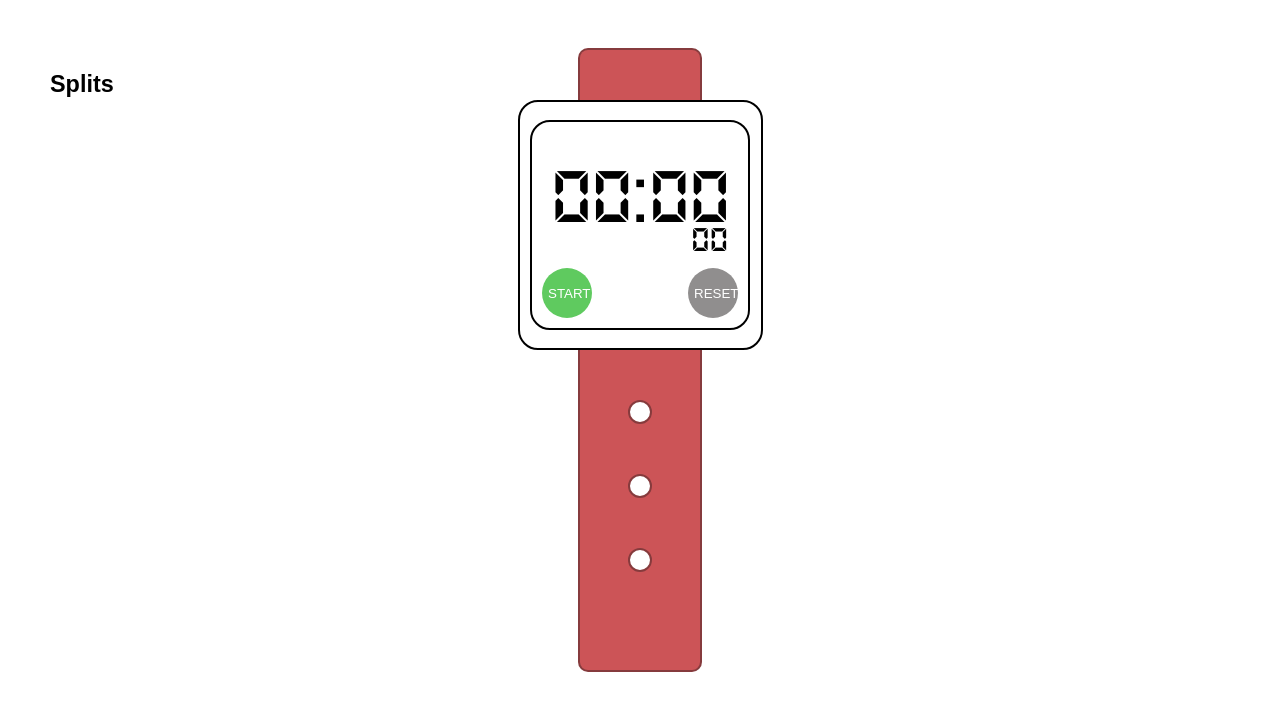
Repository: konstantin0s/lab-chronometer
Page: index.html
The author's editor kept a copy of each file at every save. The page is drawn from the files as they stood at one save, then again after the next save.
The browser window is 1280 px wide. The pictures show the whole page.

Above is the page before, as saved 2019-02-05 16:14:16.

After the next save:
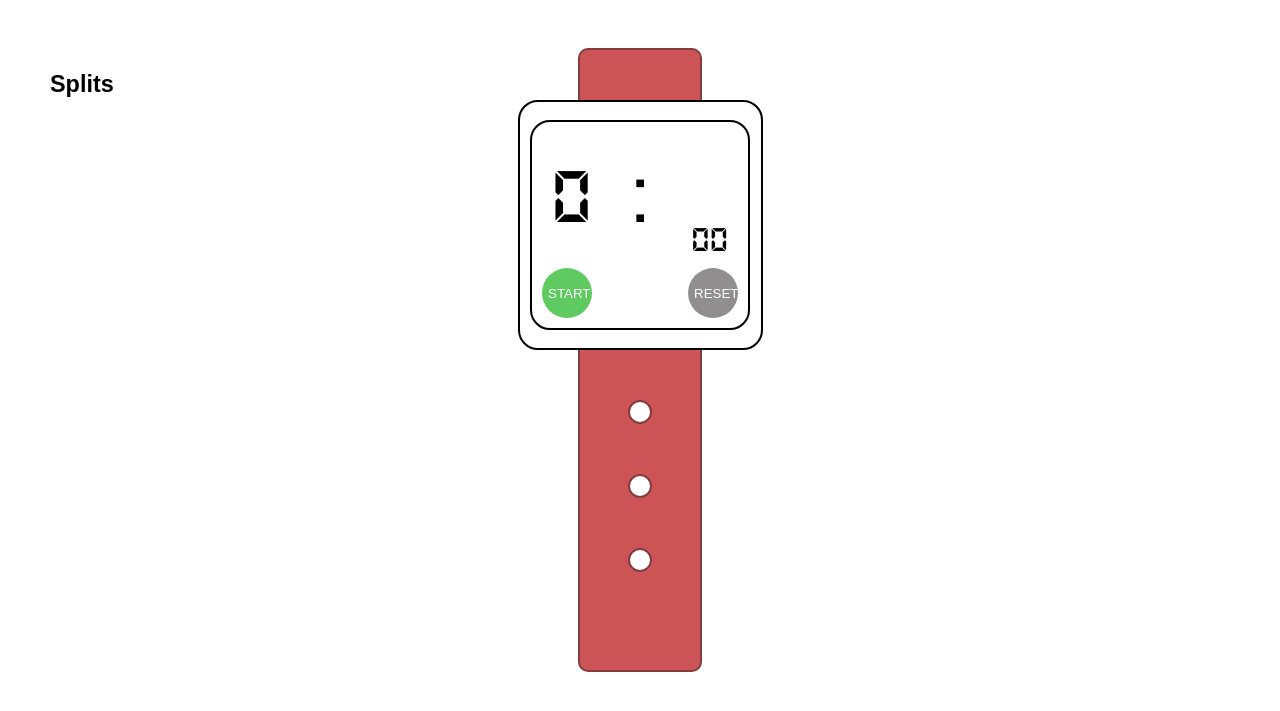
Console error: SyntaxError: Unexpected token ';'
Saved 14 min 37 s later.
--- a/javascript/main.js
+++ b/javascript/main.js
@@ -47,9 +47,14 @@
          btnLeft.setAttribute("class", "btn stop");
          btnRight.setAttribute("class", "btn split");
          btnRight.innerHTML = "SPLIT";
+         console.log(seconds);
+         console.llog(minutes)
          $(document).on('click', btnRight,function(){
           var li = document.createElement("li");
-          // li.appendChild(currentTime);
+          const recMinDe = ;
+          const recMinUn = ;
+          const recSecDe = ;
+          const recSecUn = ;
           // addSplits.appendChild(li);
         });
 

After the save that followed:
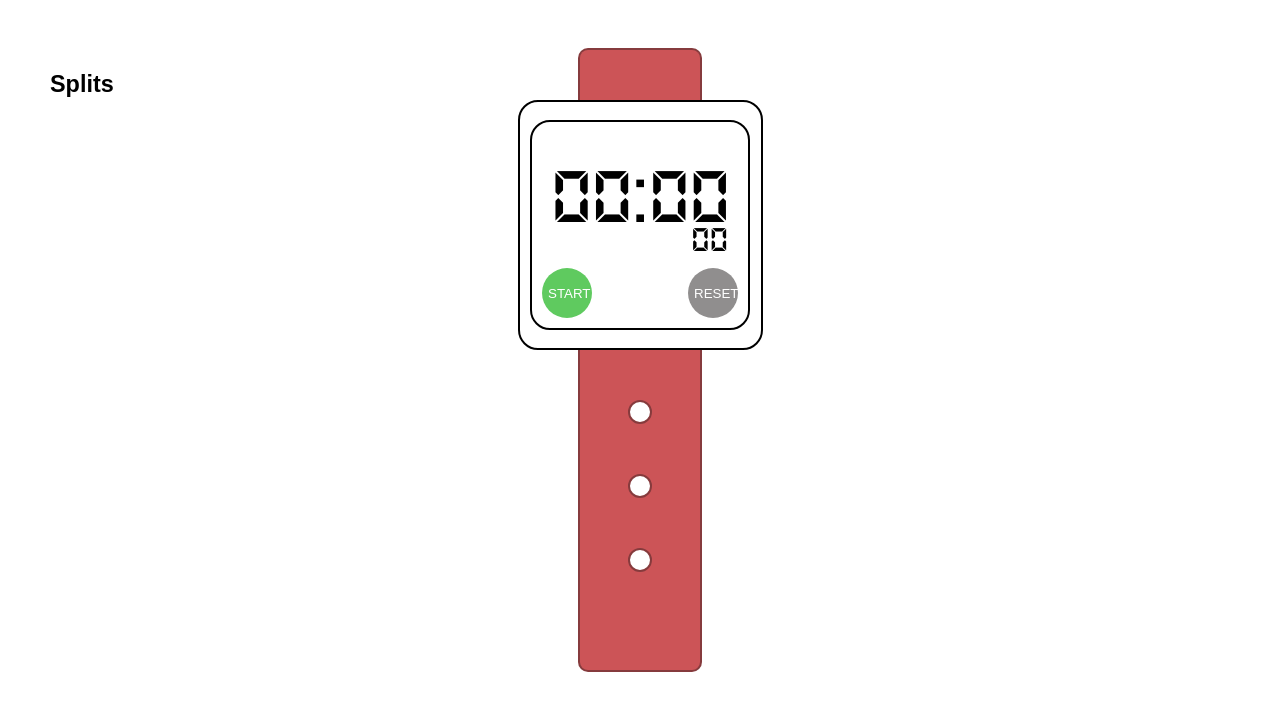
The error is gone.
Saved 7 s later.
--- a/javascript/main.js
+++ b/javascript/main.js
@@ -49,14 +49,14 @@
          btnRight.innerHTML = "SPLIT";
          console.log(seconds);
          console.llog(minutes)
-         $(document).on('click', btnRight,function(){
-          var li = document.createElement("li");
-          const recMinDe = ;
-          const recMinUn = ;
-          const recSecDe = ;
-          const recSecUn = ;
-          // addSplits.appendChild(li);
-        });
+        //  $(document).on('click', btnRight,function(){
+        //   var li = document.createElement("li");
+        //   const recMinDe = ;
+        //   const recMinUn = ;
+        //   const recSecDe = ;
+        //   const recSecUn = ;
+        //   // addSplits.appendChild(li);
+        // });
 
       if (seconds === 60) {
          seconds = 0;
